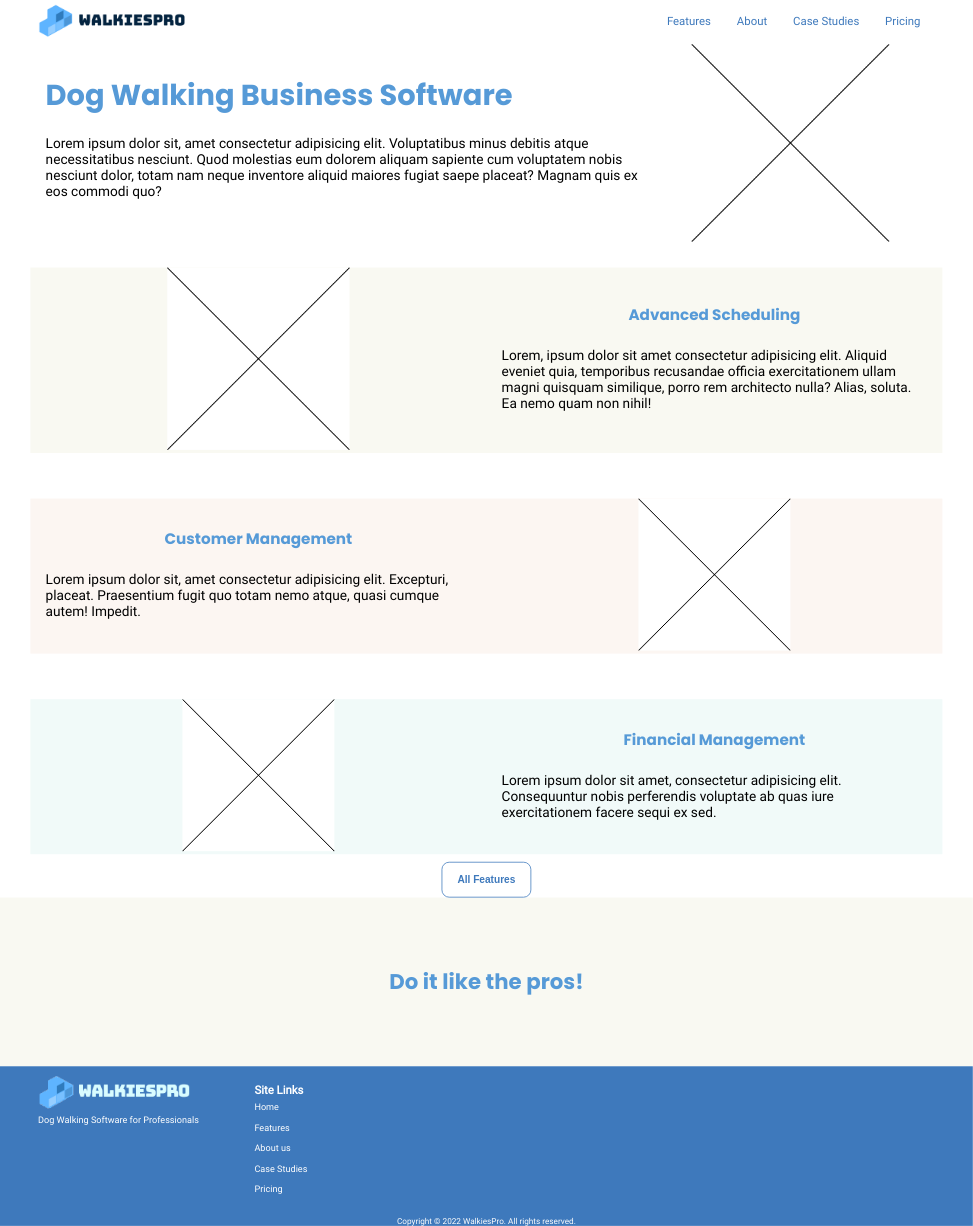
Repository: StevieC87/LAYOUT4
Page: index.html
An editor plug-in stored every save of this project. The page is shown before and after the next save, followed by the edit.
The browser window is 1280 px wide. The pictures show the whole page, at 76% of full size.

Above is the page before, as saved 2022-01-02 18:44:46.

### index.html
<!DOCTYPE html>
<html lang="en">
  <head>
    <meta charset="UTF-8" />
    <meta http-equiv="X-UA-Compatible" content="IE=edge" />
    <meta name="viewport" content="width=device-width, initial-scale=1.0" />
    <title>WalkiesPro Dog Walking Software</title>
    <link rel="stylesheet" href="css/styles.css" />
    <link rel="stylesheet" href="css/footer.css" />
    <link rel="stylesheet" href="css/homepage.css" />
    <link rel="stylesheet" href="css/navbar.css" />
    <link rel="stylesheet" href="css/fonts.css" />
    <link rel="stylesheet" href="css/utilities.css" />
    <link rel="stylesheet" href="css/mediaqueries.css" />
    <link rel="stylesheet" href="css/aboutus.css" />
    <!-- THIS js file - deferred so loads at the end -->
    <script type="text/javascript" src="js/scripts.js" defer></script>

    <style></style>
  </head>
  <body>


    <div class="containernew">
      <div class="navwrapper">
        <!------------------ NAVBAR --------------------->
        <nav id="navbar" class="paddingspecial">
          <!--  <div class="paddingspecial"> -->
          <div id="logo" class="logodiv">
            <a href="index.html"><img src="images/logo.png" alt="logo" /></a>
          </div>
          <div id="hamburger-menu" class="hamburger-menu">
            <div class="line line-1"></div>
            <div class="line line-2"></div>
            <div class="line line-3"></div>
          </div>
          <div class="navlist">
            <ul tabindex="-1">
              <li><a class="current" href="features.html">Features</a></li>
              <li><a href="about-us.html">About</a></li>
              <li><a href="case-studies.html">Case Studies</a></li>
              <li><a href="pricing.html">Pricing</a></li>
            </ul>
          </div>
          <!-- </div> -->
        </nav>
      </div>
      <!------------------ SECTION1 --------------------->
      <section class="section1wrapper">
        <div class="section1innerwrapper">
          <div class="section1text centerhorizvert" style="padding-left: 20px">
            <h1 class="fronth1">Dog Walking Business Software</h1>
            <p>
              Lorem ipsum dolor sit, amet consectetur adipisicing elit. Voluptatibus minus debitis atque necessitatibus
              nesciunt. Quod molestias eum dolorem aliquam sapiente cum voluptatem nobis nesciunt dolor, totam nam neque
              inventore aliquid maiores fugiat saepe placeat? Magnam quis ex eos commodi quo?
            </p>
          </div>
        <div class="section1img centerhorizvert">
          <img src="images/3.png" width="260px" alt="" />
        </div>
       </div> <!-- end of section1innerwrapper -->
      </section>
      <!------------------ SECTION2 --------------------->
      <section class="section2wrapper">
        <div class="section2innerwrapper">
          <div class="section2divrow frontfeatures1">
            <div class="centerhorizvert section2imgleft1">
              <img src="images/3.png" width="240px" alt="" />
            </div>
            <div class="centerhorizvert section2textright1">
              <h5 class="centertext ">Advanced Scheduling</h5>
              <p class="section2txt">Lorem, ipsum dolor sit amet consectetur adipisicing elit. Aliquid eveniet quia, temporibus recusandae officia exercitationem ullam magni quisquam similique, porro rem architecto nulla? Alias, soluta. Ea nemo quam non nihil! </p>
            </div>
          </div>
          <div class="section2divrow frontfeatures2">
            <div class="centerhorizvert section2textleft2">
              <h5 class="centertext ">Customer Management</h5>
              <p class="section2txt"> Lorem ipsum dolor sit, amet consectetur adipisicing elit. Excepturi, placeat. Praesentium fugit quo totam
              nemo atque, quasi cumque autem! Impedit.</p>
            </div>
            <div class="centerhorizvert section2imgright2"><img src="images/3.png" width="200px" alt="" /></div>
          </div>
          <div class="section2divrow section2imgleft3 frontfeatures3">
            <div class="centerhorizvert"><img src="images/3.png" width="200px" alt="" /></div>
            <div class="centerhorizvert section2textleft3 ">
              <h5 class="centertext ">Financial Management</h5>
              <p class="section2txt"> Lorem ipsum dolor sit amet, consectetur adipisicing elit. Consequuntur nobis perferendis voluptate ab quas
              iure exercitationem facere sequi ex sed.</p>
            </div>
          </div>
        </div> <!-- end of section2innerwrapper -->
      </section>
       <!------------------ 'all features' BUTTON --------------------->
       <div class="allfeatures"><button class="btn  allfeaturesbtn">All Features</button></div>
      <!------------------ QUOTE SECTION --------------------->
      <!-- <div class="quotesection">FANCY QUOTE</div> -->
      <section class="contactuswrapper">
        <div class="contactusinnerwrapper">
         <h3 class="centertext">Do it like the pros!</h3>

        </div>
      </section>
      <!------------------ FOOTER --------------------->
      <footer id="footer">
        <div class="footerwrapper">
          <div class="footergriditem1">
            <img class="bottomlogo" src="images/logoblue.png" alt="logo" />
            <span class="whitetext bottomphrase"
              >Dog Walking Software for Professionals</span
            >
          </div>

          <div class="footergriditem2">
            <div><b class="whitetext footerlinkstitle">Site Links</b></div>
            <ul class="whitetext ulnostyle anostyle" style="font-size: 12px">
              <li><a href="../layout/index.html">Home</a> </li>
              <li><a href="/features.html">Features</a> </li>
              <li><a href="/about-us.html">About us</a> </li>
              <li><a href="/case-studies.html">Case Studies</a></li>
              <li><a href="pricing.html">Pricing</a></li>
            </ul>
          </div>
          <div class="footergriditem3 whitetext smallfont">Copyright © 2022 WalkiesPro. All rights reserved.</div>
        </div>

      </footer>
    </div>
    <!-- end container -->

    <!------------------ SIDE MENU --------------------->
    <div id="menuhidden" class="menuhidden hiddenright">
      <div class="slidemenu">
        <ul tabindex="-1" aria-hidden="true">
          <li><a class="activeSidebarLi" href="index.html">Home</a></li>
          <li><a class="current" href="features.html">Features</a></li>
          <li><a href="about-us.html">About</a></li>
          <li><a href="case-studies.html">Case Studies</a></li>
          <li><a href="pricing.html">Pricing</a></li>
          <!--    <hr /> -->
        </ul>
      </div>
    </div>
  </body>
</html>

### css/styles.css
:root {
  /*  --myblue: #5da3df; */
  --myblue: #3e79bc;
  --myblueh1: #569ad7;
}

html,
body {
  box-sizing: border-box;
  font-size: 18px;
  font-family: Roboto;
  /*  line-height: 1rem; */
  margin: auto;
}
*,
*:before,
*:after {
  box-sizing: inherit;
}

h1,
h2,
h3,
h4,
h5,
h6 {
  font-family: PoppinsBold;
  color: var(--myblueh1);
  /* #5da3df */
  padding: 10px 0 10px 0;
  margin: 0px;
}
h1 {
  font-size: 38px;
  line-height: 2.8rem;
}
h2 {
  font-size: 38px;
}
h3 {
  font-size: 28px;
}
h4 {
  font-size: 26px;
}
h5 {
  font-size: 20px;
}
h6 {
  font-size: 18px;
}

.fronth1 {
  padding-top: 0px;
}

.containernew {
  width: 100%;
}

### css/footer.css
/* * * * * * * * * * * * * * * * * * * * * * * * * * * * * * * * * * * * * * * *
                    FOOTER
* * * * * * * * * * * * * * * * * * * * * * * * * * * * * * * * * * * * * * * */

footer {
  background-color: var(--myblue);
  width: 100%;
  display: flex;
  justify-content: center;
  padding-top: 10px;
}
/* DEFAULT FOR SMALL SCREEN - MOBILE FIRST */
.footerwrapper {
  /* this is the inner div that serves as a grid with equal columns as container */
  width: 1200px;
  display: grid;
  grid-template-columns: 1fr;
  grid-gap: 0.2rem;
}
/* DEFAULT FOR SMALL SCREEN - MOBILE FIRST */
.footergriditem1 {
  grid-row: 1 / 2;
  /* grid-column: 1 / 2; */
  grid-column: 1 / -1;
}
/* DEFAULT FOR SMALL SCREEN - MOBILE FIRST */
.footergriditem2 {
  /* grid-column: 2 / 3; */
  grid-column: 1 / -1;
  grid-row: 3 / 4;
  padding-left: 10px;
  justify-self: start;
  padding-top: 10px;
  padding-bottom: 10px;

  /*  justify-self: self-end; */
  /* padding: 20px 0 0 40px; */
}
.footergriditem2:first-child {
  margin: 10px 0 10px 0;
}
.footergriditem3 {
  grid-row: 4 / 5;
  grid-column: 1 / -1;
  justify-self: center;
  align-self: center;
}
.bottomlogo {
  padding: 0px 0 0px 10px;
}
.bottomphrase {
  padding-left: 10px;
  display: block;
  text-align: left;
  font-size: 12px;
}
.footerlinkstitle {
  font-size: 15px;
}

@media (min-width: 336px) {
}
@media (min-width: 450px) {
  .footerwrapper {
    grid-template-columns: 226px 200px 1fr 0.2fr 0.2fr 0.2fr;
  }
  .footergriditem1 {
    grid-row: 1 / 2;
    grid-column: 1 / 2;
  }
  .footergriditem2 {
    grid-row: 1 / 2;
    grid-column: 2 / 3;
    padding-left: 0px;
    justify-self: center;
    padding-top: 10px;
    padding-bottom: 10px;
  }
}

### css/homepage.css
/* * * * * * * * * * * * * * * * * * * * * * * * * * * * * * * * * * * * * * * *
                  SECTION1
* * * * * * * * * * * * * * * * * * * * * * * * * * * * * * * * * * * * * * * */

.section1wrapper {
  width: 100%;
  background-color: FFF;
  display: flex;
  justify-content: center;
  /*  */
}
.section1innerwrapper {
  width: 1200px;
  display: grid;
  grid-column: 1 / -1;
}

/* * * * * * * * * * * * * * * * * * * * * * * * * * * * * * * * * * * * * * * *
                      SECTION2
  * * * * * * * * * * * * * * * * * * * * * * * * * * * * * * * * * * * * * * * */

.section2divrow {
  display: grid;
  grid-column: 1 / -1;
  /*  grid-template-columns: 1fr 1fr; */
}
.section2wrapper {
  width: 100%;
  display: flex;
  justify-content: center;
}
.section2innerwrapper {
  width: 1200px;
}
.frontfeatures1 {
  background-color: #f9f9f2;
  margin-bottom: 60px;
  margin-top: 30px;
}
.frontfeatures2 {
  background-color: #fcf6f2;
  margin-bottom: 60px;
}
.frontfeatures3 {
  background-color: #f1faf9;
  margin-bottom: 10px;
}

.section2txt {
  padding: 0 20px 0 20px;
}
/* ---------------------- */
.allfeatures {
  text-align: Center;
  /* background-color: #fbfbfa; */
  background-color: #fff;
}
.quotesection {
  background-color: FFF;
  grid-area: quotesection;
  display: grid;
  grid-column: 1 / -1;
}

### css/navbar.css
/* * * * * * * * * * * * * * * * * * * * * * * * * * * * * * * * * * * * * * * *
                          NAVBAR
* * * * * * * * * * * * * * * * * * * * * * * * * * * * * * * * * * * * * * * */
.navwrapper {
  display: flex;
  justify-content: center;
}
nav {
  background-color: white;
  width: 1200px;
  display: flex;
  justify-content: space-between;
}

.logodiv {
  padding-top: 5px;
  padding-left: 10px;
}
#navbar ul {
  list-style: none;
  margin-right: 15px;
  /*   float: right; */
}

#navbar ul li {
  float: left;
}

#navbar ul li a {
  display: block;
  margin: 0 14px 0 20px;
  /* padding: 0 20px 0 10px; */
  text-align: center;
  text-decoration: none;
  color: var(--myblue);
  /*  color: black; */

  font-size: 15px;
  /*  border-bottom: 1px solid transparent; */

  line-height: 21px;
}
#navbar ul li a:hover {
  /*  text-decoration: underline; */
  /*  border-bottom: 1px solid var(--myblue); */
  color: #9370db;
}

/* * * * * * * * * * * * * * * * * * * * * * * * * * * * * * * * * * * * * * * *
HAMBURGER MENU
* * * * * * * * * * * * * * * * * * * * * * * * * * * * * * * * * * * * * * * */

.hamburger-menu {
  width: 30px;
  height: 30px;
  padding-top: 7px;
  position: absolute;
  top: 7px;
  right: 10px;
  display: flex;
  flex-direction: column;
  justify-content: space-between;
  cursor: pointer;
  z-index: 100;
}

.line {
  width: inherit;
  height: 3px;
  background-color: var(--myblue);
  border-radius: 2px;
  transition-property: transform;
  transition-duration: 500ms;

  /*   transform-origin: right;
  transition: transform 0.5s; */
}

.line.openline:nth-child(1) {
  transform: translate(0px, 10px) rotate(45deg);
  /*  transform-origin: top; */
}
.line.openline:nth-child(2) {
  opacity: 0;
}
.line.openline:nth-child(3) {
  transform: translate(0px, -10px) rotate(-45deg);

  /*   transform-origin: top; */
}

.menuhidden {
  height: 100vh;
  width: 200px;
  background-color: white;
  position: fixed;
  top: 0;
  right: -200px;
  transition: ease 0.2s;
}

.visibleright {
  right: 0px;
  /*   transition: ease 4s; */
}
/* --------- SLIDEMENU ---------- */
.slidemenu ul {
  list-style: none;
  padding-top: 45px;
  padding-left: 0px;
  width: 100%;
  /*   float: right; */
}
.slidemenu ul li {
}
.slidemenu ul li a {
  display: block;
  padding: 10px 5px 10px 5px;
  margin: 0px 5px 0px 5px;
  text-align: center;
  text-decoration: none;
  line-height: 1.5rem;
  color: var(--myblue);
}
.slidemenu ul li a:hover {
  background-color: #fbfbfa;
  border-radius: 15px;
  /* opacity: 0.5; */
}
.activeSidebarLi {
  background-color: #fbfbfa;
  border-radius: 15px;
}
/* END SLIDEMENU */

### css/fonts.css
/* * * * * * * * * * * * * * * * * * * * * * * * * * * * * * * * * * * * * * * *
        FONT FAMILIESS
* * * * * * * * * * * * * * * * * * * * * * * * * * * * * * * * * * * * * * * */
@font-face {
  font-family: 'Bungee';
  src: url('../fonts/Bungee-Regular.ttf');
  src: local('☺'), url('../fonts/Bungee-Regular.ttf') format('truetype');
  font-display: block;
}
@font-face {
  font-family: 'Roboto';
  src: url('../fonts/Roboto-Regular.ttf');
  src: local('☺'), url('../fonts/Roboto-Regular.ttf') format('truetype');
  font-display: block;
}
@font-face {
  font-family: 'Roboto-Bold';
  src: url('../fonts/Roboto-Bold.ttf');
  src: local('☺'), url('../fonts/Roboto-Bold.ttf') format('truetype');
  font-display: block;
}
@font-face {
  font-family: 'Ubuntu';
  src: url('../fonts/Ubuntu-Regular.ttf');
  src: local('☺'), url('../fonts/Ubuntu-Regular.ttf') format('truetype');
  font-display: block;
}
@font-face {
  font-family: 'UbuntuBold';
  src: url('../fonts/Ubuntu-Bold.ttf');
  src: local('☺'), url('../fonts/Ubuntu-Bold.ttf') format('truetype');
  font-display: block;
}
@font-face {
  font-family: 'Poppins';
  src: url('../fonts/Poppins-Regular.ttf');
  src: local('☺'), url('../fonts/Poppins-Regular.ttf') format('truetype');
  font-display: block;
}
@font-face {
  font-family: 'PoppinsBold';
  src: url('../fonts/Poppins-Bold.ttf');
  src: local('☺'), url('../fonts/Poppins-Bold.ttf') format('truetype');
  font-display: block;
}
.bungee {
  font-family: Bungee;
}
.ubuntu {
  font-family: Ubuntu;
}
.ubuntuBold {
  font-family: UbuntuBold;
}
.poppins {
  font-family: Poppins;
}

### css/utilities.css
.btn {
  cursor: pointer;
  transition-property: background-color, color, border;
  transition-duration: 200ms;
  transition-timing-function: ease-in;
}
.allfeaturesbtn {
  padding: 15px 20px 15px 20px;
  border-radius: 10px;
  border: 1px solid var(--myblue);
  /*   background-color: var(--myblue); */
  background-color: WHITE;
  /* color: white; */
  color: var(--myblue);
  font-weight: bold;
}
.allfeaturesbtn:hover {
  background-color: var(--myblue);
  color: white;
}
.submit {
  margin-top: 20px;
  padding: 8px 6px 8px 6px;
  border-radius: 6px;
  width: 100px;
  background-color: var(--myblue);
  border: 1px solid var(--myblue);
  color: #f9f9f2;
  font-size: 1.2rem;
  /*  font-weight: bold; */
}

/* * * * * * * * * * * * * * * * * * * * * * * * * * * * * * * * * * * * * * * *
UTILITY CLASSES
* * * * * * * * * * * * * * * * * * * * * * * * * * * * * * * * * * * * * * * */

.centertext {
  text-align: center;
}
.centerimg {
  display: block;
  margin-left: auto;
  margin-right: auto;
  /*   width: 50%; */
}
.centerhorizvert {
  align-self: center;
  justify-self: center;
}
/* visible/invis from screen readers & visually */
.invisible {
  visibility: hidden;
}
.visible {
  visibility: visible;
}
.whitetext {
  color: white;
}
.smallfont {
  font-size: 0.6rem;
}
.ulnostyle {
  list-style: none;
  line-height: 1.5rem;
  padding: 0;
  margin: 0;
}
.anostyle > li a {
  text-decoration: none;
  color: white;
}

### css/mediaqueries.css
/* to switch to hamburger menu */
@media (min-width: 677px) {
  .hamburger-menu {
    visibility: hidden;
  }
  .section2divrow {
    grid-template-columns: 1fr 1fr;
  }
  .section1innerwrapper {
    grid-template-columns: 2fr 1fr;
  }
}
@media (max-width: 676px) {
  /* HIDE NAV LI WHEN SMALL SCREEN */
  nav {
    width: 1200px;
  }

  .navlist {
    visibility: hidden;
    display: none;
  }
  .hamburger-menu {
    visibility: visible;
  }

  /* ADVANCED SCHEDULING DIV - flip order: image last */
  .section2imgleft1 {
    grid-row: 2;
  }
  .section2textright1 {
    grid-row: 1;
  }
  /* FINANCIAL MANAGEMENT DIV - flip order: image last */
  .section2imgleft3 {
    grid-row: 2;
  }
  .section2textleft3 {
    grid-row: 1;
  }
}

### css/aboutus.css
/* * * * * * * * * * * * * * * * * * * * * * * * * * * * * * * * * * * * * * * *
ABOUT US
* * * * * * * * * * * * * * * * * * * * * * * * * * * * * * * * * * * * * * * */
.ourstorywrapper {
  width: 100%;
  display: grid;
  padding: 40px 0 80px 0;
}

.ourstoryh1 {
  grid-template-columns: 1fr;
  align-self: center;
  justify-self: center;
}

.ourstoryp {
  /* max-width: 80%;  */
  max-width: 800px;
  grid-template-columns: 1fr;
  align-self: center;
  justify-self: center;
  font-size: 1rem;
  padding-top: 30px;
}
.meettheteamwrapper {
  width: 100%;
  display: grid;
  justify-content: center;
  background-color: #f6f7fe;
}
.meettheteamh2 {
  padding-top: 40px;
  text-align: center;
  /*  color: purple; */
  color: var(--myblueh1);
  /* color: #7f55ff; */
  width: 100%;
}
.meettheteamh2 > h2 {
  color: inherit;
}
.meetteamprofiles {
  max-width: 1000px;
  justify-content: center;
  display: grid;
  grid-template-columns: 1fr;
  grid-gap: 40px;
}
.contactuswrapper {
  padding: 80px 0 80px 0;
  background-color: #f9f9f2;
}
.contactusinnerwrapper {
}

.aboutusformgrid {
  max-width: 300px;
  margin: 0 auto;
  padding: 0 20px 0px 20px;
}
.textareadiv {
}
textarea {
  width: 100%;
  max-width: 300px;
  border-radius: 5px;
  border: 1px solid var(--myblue);
}
input,
label {
  display: block;
  width: 100%;
  max-width: 300px;
}
input {
  border-radius: 5px;
  border: 1px solid var(--myblue);
  padding: 10px;
}
label {
  padding-bottom: 5px;
  padding-top: 20px;
  color: var(--myblue);
}
@media (min-width: 336px) {
  .meetteamprofiles {
    grid-template-columns: 1fr 1fr;
  }
  .meettheteamprofile1 {
    justify-self: center;
    align-self: center;
  }
  .meettheteamprofile2 {
  }
}

Loaded but not shown: js/scripts.js (21 lines, source omitted)

After the next save:
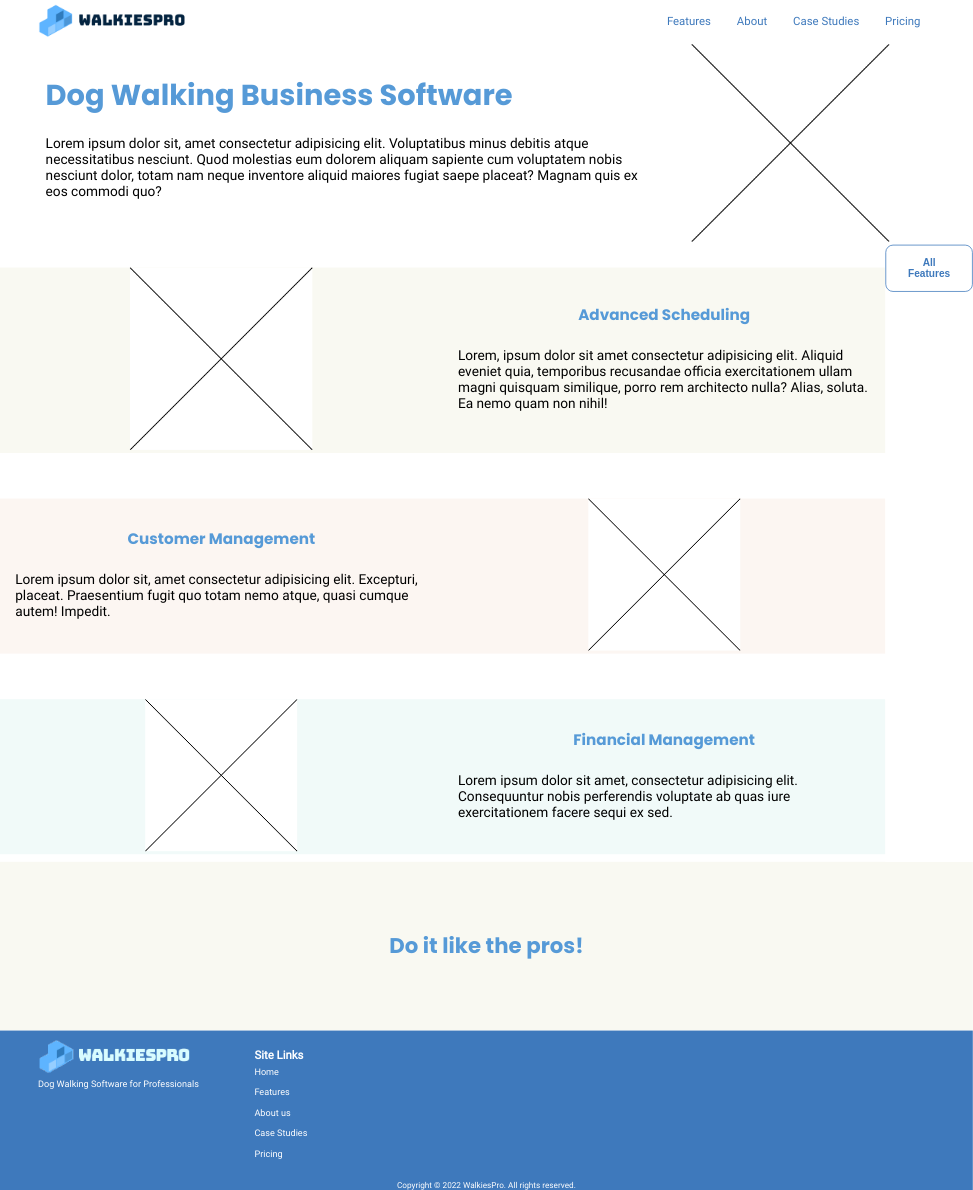
Saved 20 s later.
--- a/index.html
+++ b/index.html
@@ -90,9 +90,10 @@
             </div>
           </div>
         </div> <!-- end of section2innerwrapper -->
+        <div class="allfeatures"><button class="btn  allfeaturesbtn">All Features</button></div>
       </section>
        <!------------------ 'all features' BUTTON --------------------->
-       <div class="allfeatures"><button class="btn  allfeaturesbtn">All Features</button></div>
+
       <!------------------ QUOTE SECTION --------------------->
       <!-- <div class="quotesection">FANCY QUOTE</div> -->
       <section class="contactuswrapper">

After the save that followed:
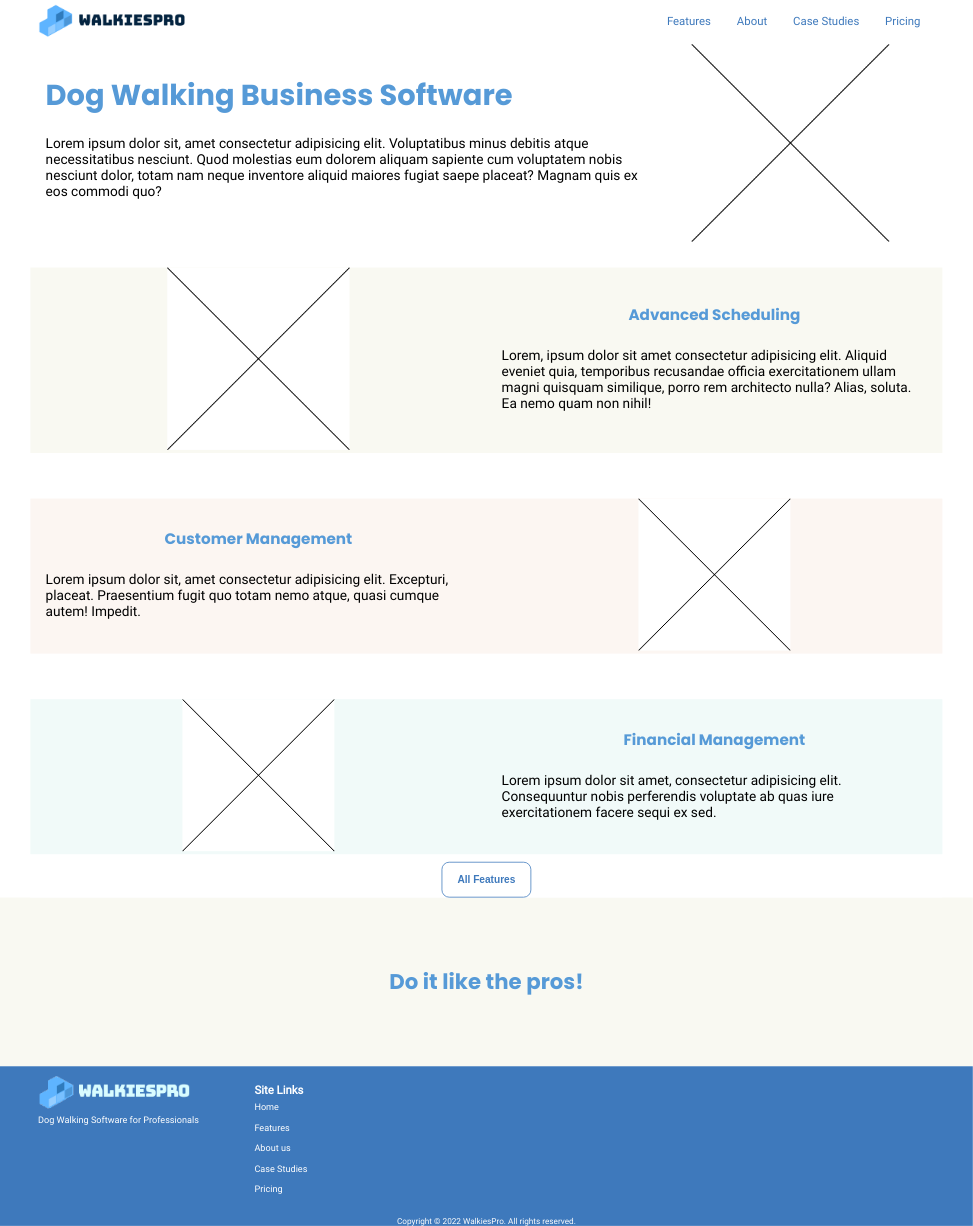
Saved 7 s later.
--- a/index.html
+++ b/index.html
@@ -89,8 +89,9 @@
               iure exercitationem facere sequi ex sed.</p>
             </div>
           </div>
+          <div class="allfeatures"><button class="btn  allfeaturesbtn">All Features</button></div>
         </div> <!-- end of section2innerwrapper -->
-        <div class="allfeatures"><button class="btn  allfeaturesbtn">All Features</button></div>
+
       </section>
        <!------------------ 'all features' BUTTON --------------------->
 
